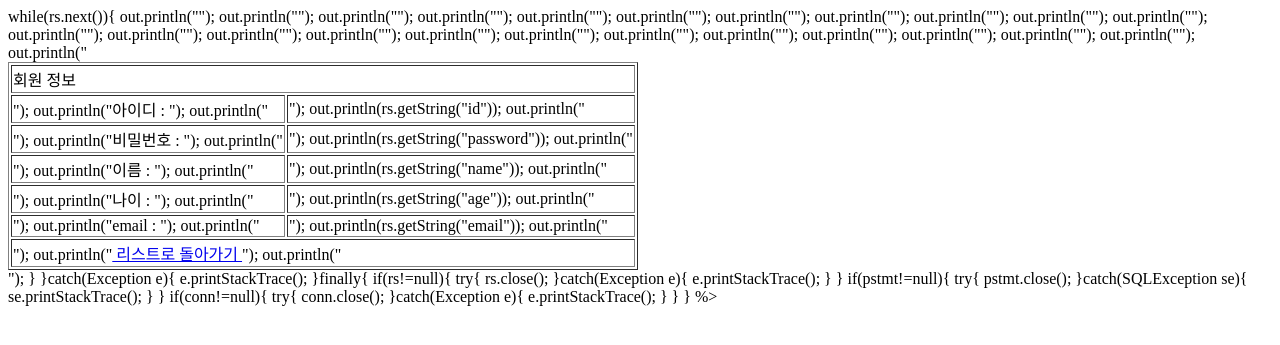
Repository: rumor1993/KH1
Page: http://localhost/JspProject/ch11/Member2/select.jsp
These files come from the project's save history. The page is drawn as it stood at one moment and after the next save; the edit follows.
The browser window is 1280 px wide. The pictures show the whole page.
The page is served by Tomcat 9.

Above is the page before, as saved 2018-05-08 03:26:42.

### JspProject/WebContent/ch11/Member2/select.jsp
<%@ page language="java" contentType="text/html; charset=EUC-KR"
    pageEncoding="EUC-KR"%>
<%@ page import = "java.sql.*" %>
<%@ page import = "javax.sql.*" %>
<%@ page import = "javax.naming.*" %>
<!DOCTYPE html>
<html>
<head>
<title>Insert title here</title>
</head>
<body>
<%
	request.setCharacterEncoding("euc-kr");
%>



	<table border=1>
	<tr>
	<td colspan =2>회원 정보</td>
	</tr>
	while(rs.next()){
		out.println("<tr>");
		out.println("<td>");
		out.println("아이디 : ");
		out.println("</td>");
		out.println("<td>");
		out.println(rs.getString("id"));
		out.println("</td>");
		out.println("</tr>");

		out.println("<tr>");
		out.println("<td>");
		out.println("비밀번호 : ");
		out.println("</td>");
		out.println("<td>");
		out.println(rs.getString("password"));
		out.println("</td>");
		out.println("</tr>");

		out.println("<tr>");
		out.println("<td>");
		out.println("이름 : ");
		out.println("</td>");
		out.println("<td>");
		out.println(rs.getString("name"));
		out.println("</td>");
		out.println("</tr>");

		out.println("<tr>");
		out.println("<td>");
		out.println("나이 : ");
		out.println("</td>");
		out.println("<td>");
		out.println(rs.getString("age"));
		out.println("</td>");
		out.println("</tr>");

		out.println("<tr>");
		out.println("<td>");
		out.println("email : ");
		out.println("</td>");
		out.println("<td>");
		out.println(rs.getString("email"));
		out.println("</td>");
		out.println("</tr>");

 		out.println("<tr>");
		out.println("<td colspan=2>");
		out.println("<a href='member_list.jsp'> 리스트로 돌아가기 </a>");
		out.println("</td>");
		out.println("</tr>");
		out.println("</table>");
	}

	}catch(Exception e){
		e.printStackTrace();
	}finally{
		if(rs!=null){
			try{
				rs.close();
			}catch(Exception e){
				e.printStackTrace();
			}
		}
		if(pstmt!=null){

			try{
				pstmt.close();
			}catch(SQLException se){
				se.printStackTrace();
			}
		}
		if(conn!=null){
			try{
				conn.close();
			}catch(Exception e){
				e.printStackTrace();
			}
		}
	}


%>
</body>
</html>

After the next save:
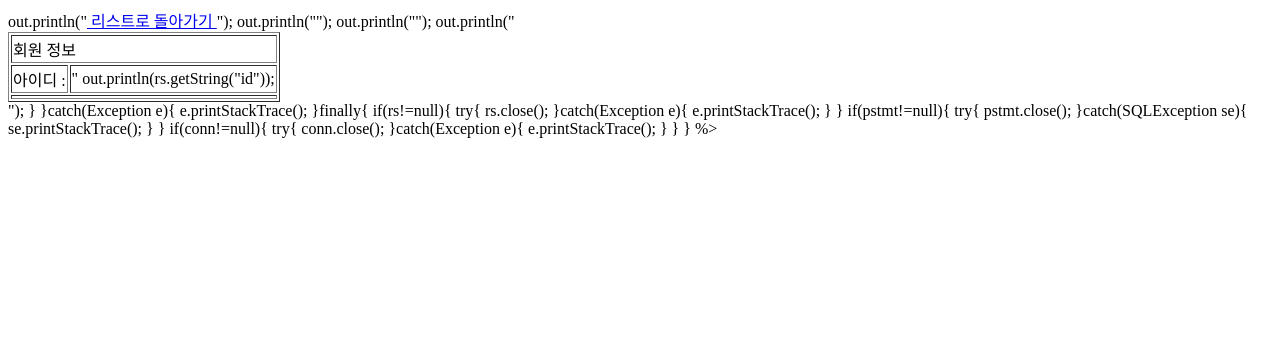
Saved 65 s later.
--- a/JspProject/WebContent/ch11/Member2/select.jsp
+++ b/JspProject/WebContent/ch11/Member2/select.jsp
@@ -19,54 +19,19 @@
 	<tr>
 	<td colspan =2>회원 정보</td>
 	</tr>
-	while(rs.next()){
-		out.println("<tr>");
-		out.println("<td>");
-		out.println("아이디 : ");
-		out.println("</td>");
-		out.println("<td>");
+	<tr>
+		<td>
+		아이디 :
+		</td>
+		<td>"
 		out.println(rs.getString("id"));
-		out.println("</td>");
-		out.println("</tr>");
+		</td>
+		</tr>
 
-		out.println("<tr>");
-		out.println("<td>");
-		out.println("비밀번호 : ");
-		out.println("</td>");
-		out.println("<td>");
-		out.println(rs.getString("password"));
-		out.println("</td>");
-		out.println("</tr>");
 
-		out.println("<tr>");
-		out.println("<td>");
-		out.println("이름 : ");
-		out.println("</td>");
-		out.println("<td>");
-		out.println(rs.getString("name"));
-		out.println("</td>");
-		out.println("</tr>");
 
-		out.println("<tr>");
-		out.println("<td>");
-		out.println("나이 : ");
-		out.println("</td>");
-		out.println("<td>");
-		out.println(rs.getString("age"));
-		out.println("</td>");
-		out.println("</tr>");
-
-		out.println("<tr>");
-		out.println("<td>");
-		out.println("email : ");
-		out.println("</td>");
-		out.println("<td>");
-		out.println(rs.getString("email"));
-		out.println("</td>");
-		out.println("</tr>");
-
- 		out.println("<tr>");
-		out.println("<td colspan=2>");
+ 		<tr>
+		<td colspan=2></td>
 		out.println("<a href='member_list.jsp'> 리스트로 돌아가기 </a>");
 		out.println("</td>");
 		out.println("</tr>");
